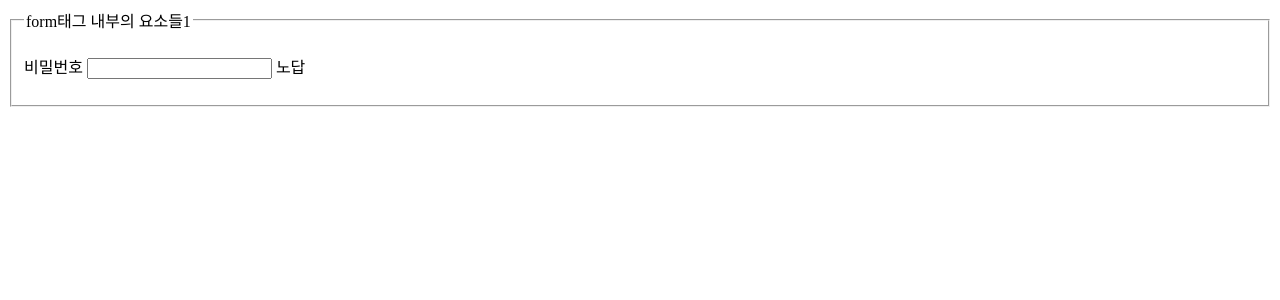
Repository: reddrinkbro/JSPStudy
Page: javascript/WebContent/4객체/dom_ob6.html
An editor plug-in stored every save of this project. The page is shown before and after the next save, followed by the edit.
The browser window is 1280 px wide. The pictures show the whole page.

Above is the page before, as saved 2020-04-10 03:13:57.

After the next save:
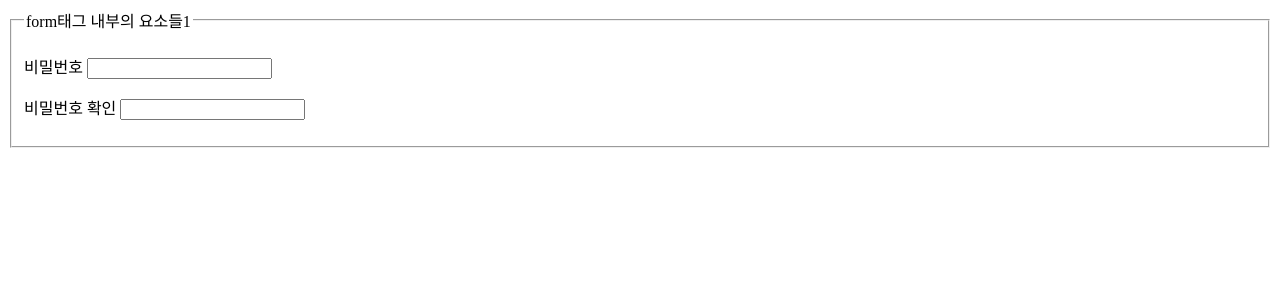
Saved 2 min 51 s later.
--- a/javascript/WebContent/4객체/dom_ob6.html
+++ b/javascript/WebContent/4객체/dom_ob6.html
@@ -10,8 +10,11 @@
 			<legend>form태그 내부의 요소들1</legend>
 			<p>
 				<label>비밀번호</label>
-				<input type ="password"/>
-				노답
+				<input type ="password" id ="user_pw1" name ="user_pw1"/>
+			</p>
+			<p>
+				<lable>비밀번호 확인</lable>
+				<input type ="password" id = "user_pw2" name ="user_pw2"/>
 			</p>
 		</fieldset>
 	</form>
